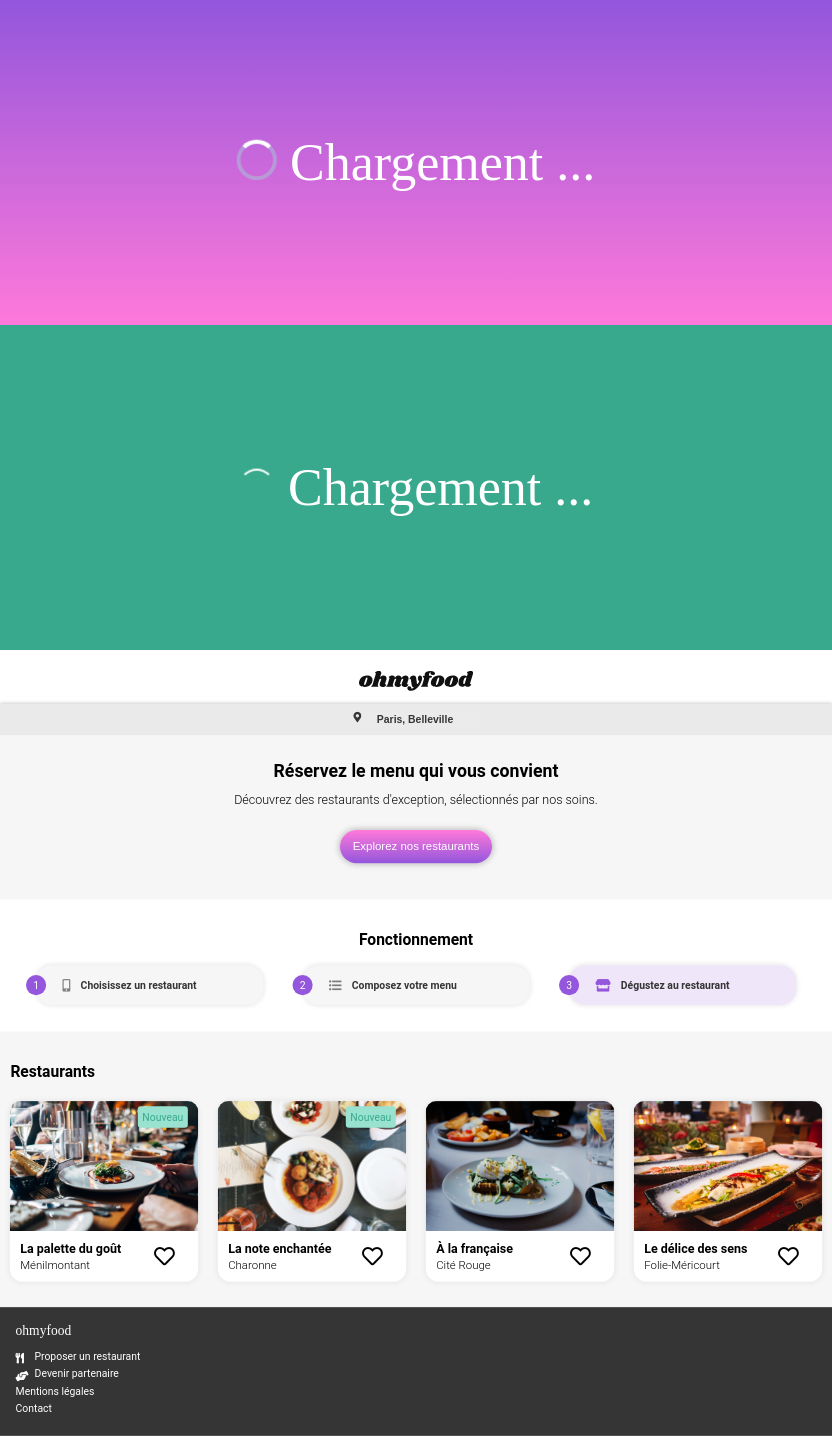
Repository: AlexisTisserand/AlexisTisserand_3_24112020
Page: index.html
The author's editor kept a copy of each file at every save. The page is drawn from the files as they stood at one save, then again after the next save.
The browser window is 1280 px wide. The pictures show the whole page, at 65% of full size.
Some web libraries are served in a nearby version. The style sheet was rebuilt from its Sass, Less or Tailwind sources for each picture, by a compiler version that may differ from the author's.

Above is the page before, as saved 2020-12-09 15:27:53.

After the next save:
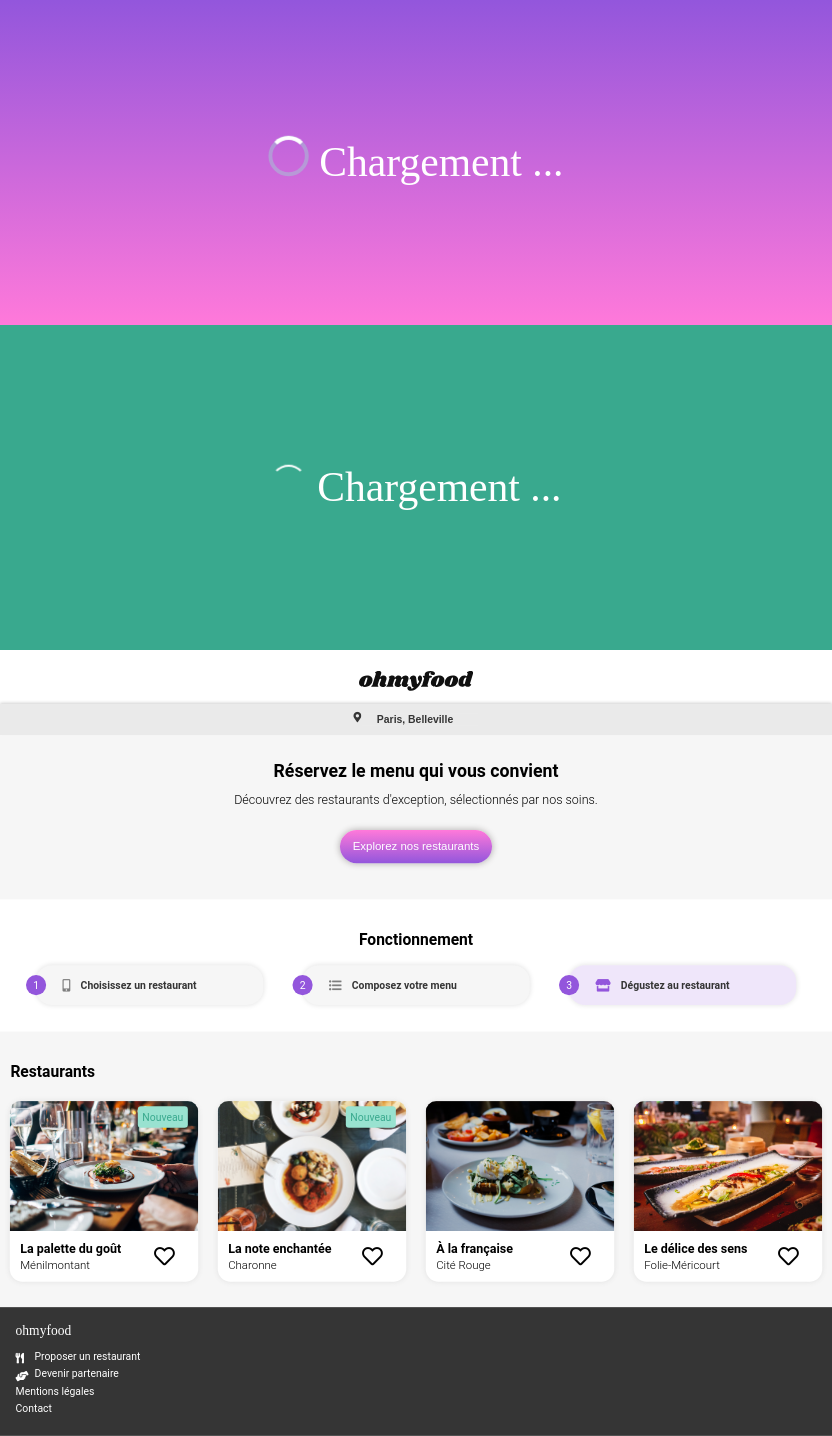
Saved 18 s later.
--- a/sass/style.scss
+++ b/sass/style.scss
@@ -47,7 +47,7 @@ $size: 1rem;
     line-height: 500px;
     text-align: center;
     color: white;
-    font-size: 5rem;
+    font-size: 4rem;
     font-family: 'Shrikhand';
 }
 .section-2{
